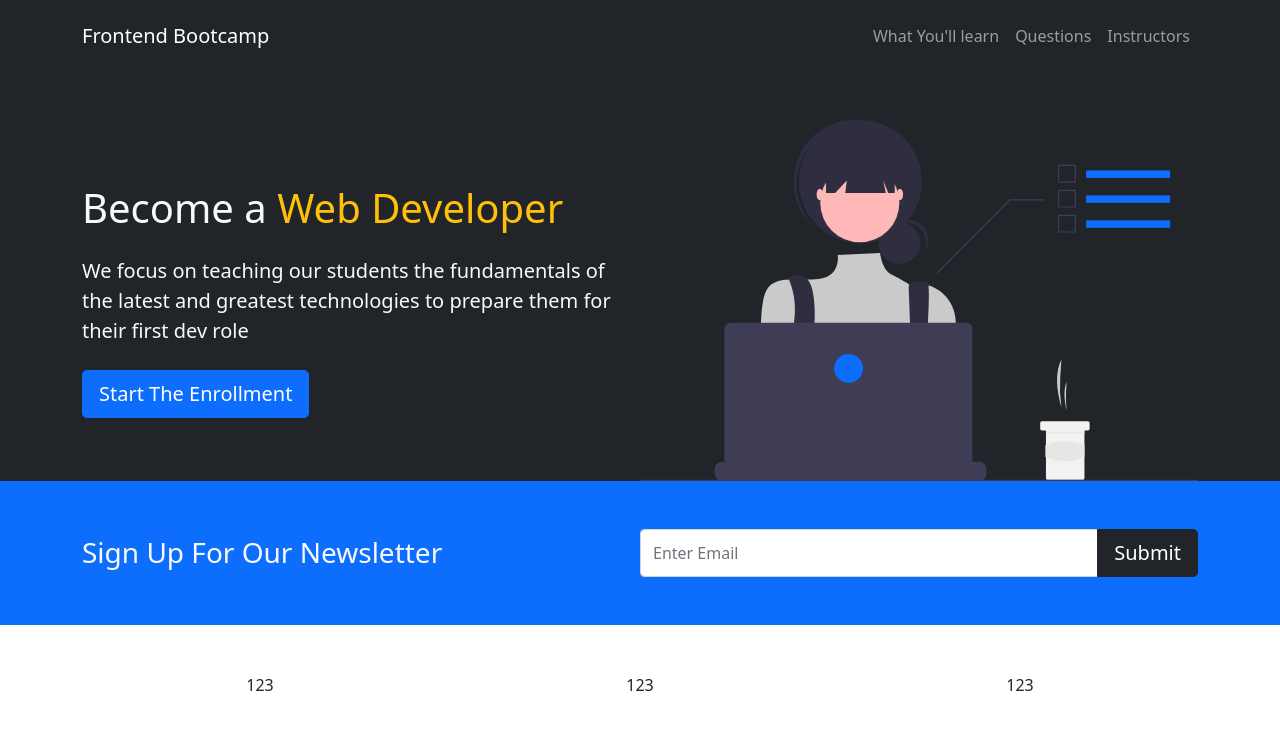
Repository: Marhamat92/Bootstrap5-Responsive-Website-
Page: index.html
These files come from the project's save history. The page is drawn as it stood at one moment and after the next save; the edit follows.
The browser window is 1280 px wide. The pictures show the whole page.

Above is the page before, as saved 2021-09-18 17:06:57.

After the next save:
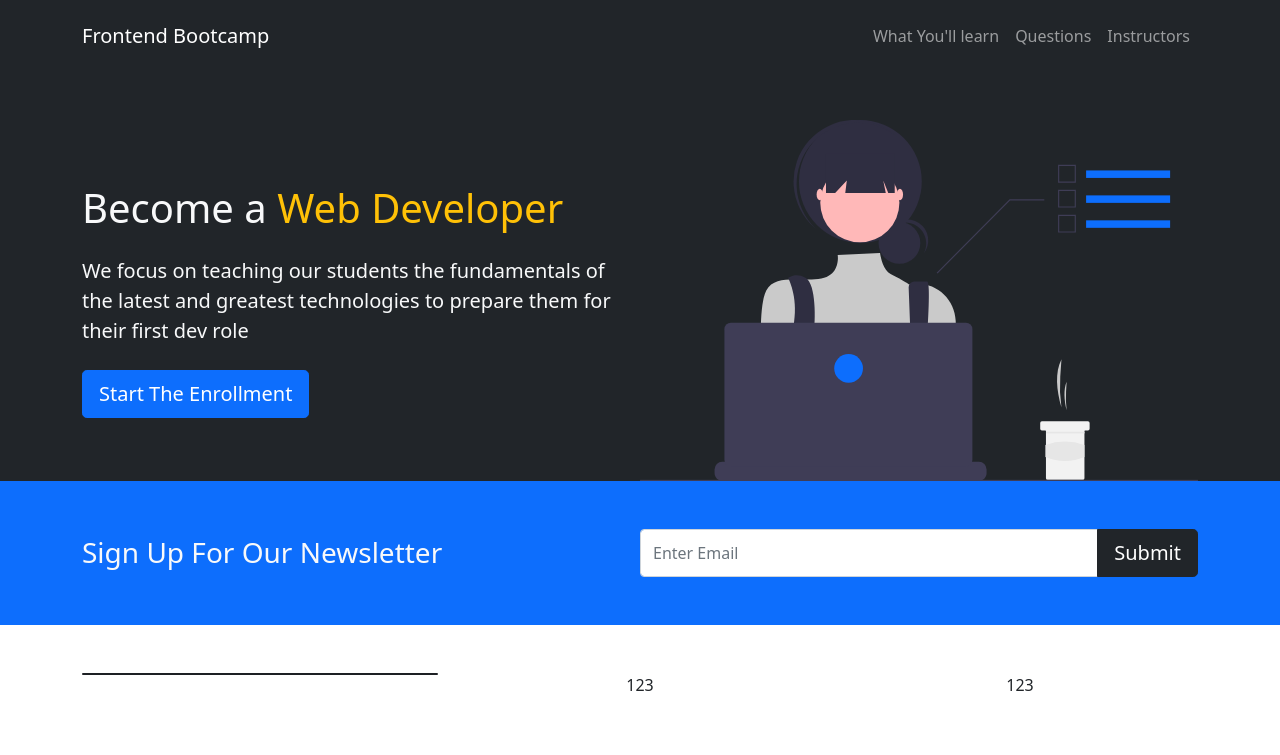
Saved 2 min 11 s later.
--- a/index.html
+++ b/index.html
@@ -72,7 +72,10 @@
  <section class="p-5">
   <div class="container">
    <div class="row text-center">
-       <div class="col-md">123</div>
+       <div class="col-md">
+           <div class="card bg-dark text-light"></div>
+           <div class="card-body text-center"></div>
+       </div>
        <div class="col-md">123</div>
        <div class="col-md">123</div>
    </div>
